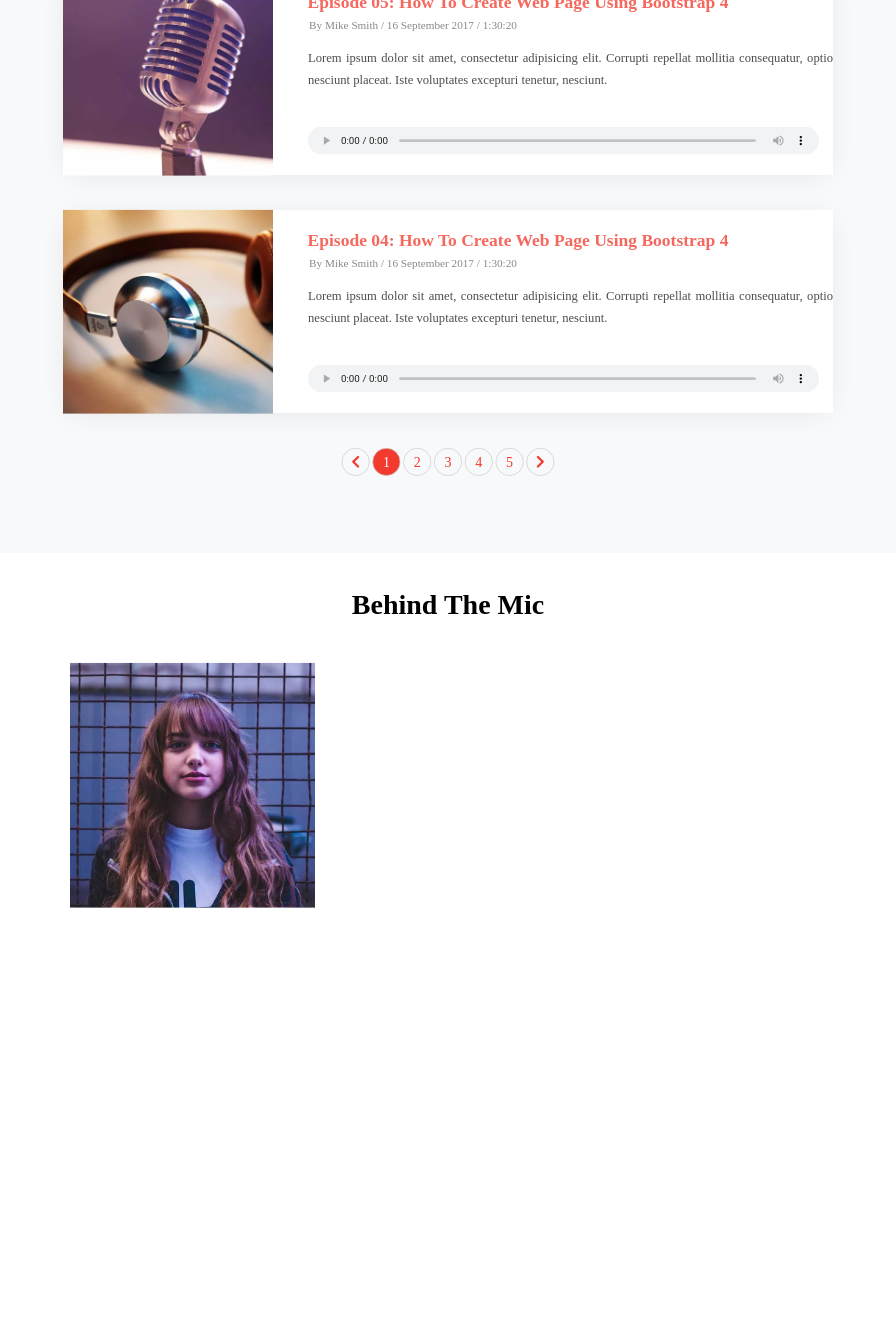
Repository: nhutduy0803/template2
Page: index.html
An editor plug-in stored every save of this project. The page is shown before and after the next save, followed by the edit.
The browser window is 1280 px wide. The pictures show the part of the page from y = 2077 to 3997 px (the page is 3997 px tall), at 70% of full size.

Above is the page before, as saved 2021-12-09 14:32:04.

### index.html
<!DOCTYPE html>
<html lang="en">
  <head>
    <meta charset="UTF-8" />
    <meta http-equiv="X-UA-Compatible" content="IE=edge" />
    <meta name="viewport" content="width=device-width, initial-scale=1.0" />
    <link rel="stylesheet" href="./assets/css/style.css" />
    <link
      rel="stylesheet"
      href="./assets/css/font/fontawesome-free-5.15.4-web/css/all.min.css"
    />
    <title>Document</title>
  </head>
  <body>
    <script src="./main.js"></script>
    <div class="slider">
      <h2>Podca</h2>
      <img
        src="./assets/css/img/xhero_bg_1.jpg.pagespeed.ic.EJCcE-mhd6.webp"
        alt=""
      />
      <h3>Episode 09: How To Create Web Page Using Bootstrap 4</h3>
      <span>By Mike Smith | 16 September 2017 | 1:30:20</span>
      <div class="subslider">READ THE TRANSCRIPT</div>
      <div class="menu" onclick="openmenu()">
        <i class="fas fa-bars"></i>
      </div>
      <div class="sub-menu">
        <i class="fas fa-times" onclick="closemenu()"></i>
        <div class="home-menu">
          <p>Home</p>
          <i onclick="subhome()" class="fas fa-caret-down"></i>

          <div class="sub-home">
            <li>Menu One</li>
            <li>Menu Two</li>
            <li>Menu Three</li>
            <li>Sub Menu</li>
          </div>
          <div class="drop-down">
            <p>DropDown</p>
            <i onclick="subdropdown() " class="fas fa-caret-down"></i>
            <div class="sub-dropdown">
              <li>Menu One</li>
              <li>Menu two</li>
              <li>Menu three</li>
            </div>
          </div>

          <p>About</p>
          <p>Contact</p>
        </div>
      </div>
    </div>
    <div class="audio">
      <audio class="audio-one" controls>
        <source src="" type="audio/ogg" />
        <source src="" type="audio/mpeg" />
      </audio>
    </div>
    <div class="RecentPodcasts">
      <h2>Recent Podcasts</h2>
      <div class="container">
        <div class="img-pod">
          <img src="./assets/css/img/pod1.webp" alt="" />
        </div>
        <div class="content-pod">
          <h3>Episode 08: How To Create Web Page Using Bootstrap 4</h3>
          <span>By Mike Smith / 16 September 2017 / 1:30:20</span>
          <p>
            Lorem ipsum dolor sit amet, consectetur adipisicing elit. Corrupti
            repellat mollitia consequatur, optio nesciunt placeat. Iste
            voluptates excepturi tenetur, nesciunt.
          </p>
          <audio class="audiopod" controls>
            <source src="" type="audio/mpeg" />
          </audio>
        </div>
      </div>
      <div class="container">
        <div class="img-pod">
          <img src="./assets/css/img/pod2.webp" alt="" />
        </div>
        <div class="content-pod">
          <h3>Episode 07: How To Create Web Page Using Bootstrap 4</h3>
          <span>By Mike Smith / 16 September 2017 / 1:30:20</span>
          <p>
            Lorem ipsum dolor sit amet, consectetur adipisicing elit. Corrupti
            repellat mollitia consequatur, optio nesciunt placeat. Iste
            voluptates excepturi tenetur, nesciunt.
          </p>
          <audio class="audiopod" controls>
            <source src="" type="audio/mpeg" />
          </audio>
        </div>
      </div>
      <div class="container">
        <div class="img-pod">
          <img src="./assets/css/img/pod3.webp" alt="" />
        </div>
        <div class="content-pod">
          <h3>Episode 06: How To Create Web Page Using Bootstrap 4</h3>
          <span>By Mike Smith / 16 September 2017 / 1:30:20</span>
          <p>
            Lorem ipsum dolor sit amet, consectetur adipisicing elit. Corrupti
            repellat mollitia consequatur, optio nesciunt placeat. Iste
            voluptates excepturi tenetur, nesciunt.
          </p>
          <audio class="audiopod" controls>
            <source src="" type="audio/mpeg" />
          </audio>
        </div>
      </div>
      <div class="container">
        <div class="img-pod">
          <img src="./assets/css/img/pod4.webp" alt="" />
        </div>
        <div class="content-pod">
          <h3>Episode 05: How To Create Web Page Using Bootstrap 4</h3>
          <span>By Mike Smith / 16 September 2017 / 1:30:20</span>
          <p>
            Lorem ipsum dolor sit amet, consectetur adipisicing elit. Corrupti
            repellat mollitia consequatur, optio nesciunt placeat. Iste
            voluptates excepturi tenetur, nesciunt.
          </p>
          <audio class="audiopod" controls>
            <source src="" type="audio/mpeg" />
          </audio>
        </div>
      </div>
      <div class="container">
        <div class="img-pod">
          <img src="./assets/css/img/pod5.webp" alt="" />
        </div>
        <div class="content-pod">
          <h3>Episode 04: How To Create Web Page Using Bootstrap 4</h3>
          <span>By Mike Smith / 16 September 2017 / 1:30:20</span>
          <p>
            Lorem ipsum dolor sit amet, consectetur adipisicing elit. Corrupti
            repellat mollitia consequatur, optio nesciunt placeat. Iste
            voluptates excepturi tenetur, nesciunt.
          </p>
          <audio class="audiopod" controls>
            <source src="" type="audio/mpeg" />
          </audio>
        </div>
      </div>
    </div>
    <div class="list-pod">
      <li><i class="fas fa-chevron-left"></i></li>
      <li>1</li>
      <li>2</li>
      <li>3</li>
      <li>4</li>
      <li>5</li>
      <li><i class="fas fa-chevron-right"></i></li>
    </div>
    <div class="BehindTheMic">
      <h2>Behind The Mic</h2>
      <div class="container-behind">
        <div class="picture-behind">
          <img src="./assets/css/img/behind1.webp" alt="" />
        </div>
      </div>
      <!-- <div class="container-behind">
        <div class="picture-behind">
          <img src="./assets/css/img/behind1.webp" alt="" />
        </div>
      </div>
      <div class="container-behind">
        <div class="picture-behind">
          <img src="./assets/css/img/behind1.webp" alt="" />
        </div>
      </div>
      <div class="container-behind">
        <div class="picture-behind">
          <img src="./assets/css/img/behind1.webp" alt="" />
        </div>
      </div>
      <div class="container-behind">
        <div class="picture-behind">
          <img src="./assets/css/img/behind1.webp" alt="" />
        </div>
      </div>
      <div class="container-behind">
        <div class="picture-behind">
          <img src="./assets/css/img/behind1.webp" alt="" />
        </div>
      </div> -->
    </div>
  </body>
</html>

### assets/css/style.css
* {
  margin: 0;
  padding: 0;
  box-sizing: border-box;
}

.slider {
  width: 100%;
  height: 100vh;
  position: relative;
}

.slider::before {
  content: " ";
  position: absolute;
  top: 0;
  left: 0;
  right: 0;
  bottom: 0;
  background-color: rgba(0, 0, 0, 0.4);
}

.slider img {
  width: 100%;
  height: 100%;
}

.slider h2 {
  position: absolute;
  top: 50px;
  left: 50px;
  color: #fff;
  font-size: 40px;
}
.menu {
  position: absolute;
  right: 50px;
  top: 50px;
  font-size: 30px;
  color: #fff;
}

.slider h3 {
  text-align: center;
  position: absolute;
  transform: translate(-50%);
  top: 30%;
  left: 50%;
  color: #fff;
  font-size: 40px;
  line-height: 1.6;
  font-size: 50px;
}

.slider span {
  position: absolute;
  top: 58%;
  left: 50%;
  transform: translate(-50%);
  color: #ffffff80;
}

.subslider {
  width: 250px;
  background-color: #f23a2e;
  display: flex;
  justify-content: center;
  align-items: center;
  color: #fff;
  font-size: 15px;
  letter-spacing: 2px;
  height: 60px;
  position: absolute;
  top: 65%;
  left: 50%;
  transform: translate(-50%);
  transition: 0.3s;
  border-radius: 5px;
}

.subslider:hover {
  position: absolute;
  top: 64%;
  box-shadow: 0 5px 20px -7px rgba(0, 0, 0, 0.9);
  transition: 0.3s;
}

.sub-menu {
  width: 300px;
  background-color: #fff;
  position: absolute;
  right: -300px;
  top: 0;
  height: 100vh;
  position: fixed;
  transition: 0.3s;
  box-shadow: 0 0 10px rgba(0, 0, 0, 0.4);
}

.sub-menu.openmenu {
  transition: 0.3s;
  right: 0;
}

.sub-menu .fas {
  position: absolute;
  font-size: 25px;
  right: 15px;
  top: 15px;
  transition: 0.2s;
}

.sub-menu .fas:hover {
  transition: 0.2s;
  color: rgb(104, 103, 103);
}

.home-menu {
  margin-top: 100px;
  font-size: 20px;
  margin-left: 15%;
}

.home-menu p {
  margin-bottom: 30px;
  color: #212529;
  transition: 0.3s;
}

.home-menu p:nth-child(2) {
  width: 100%;
  background-color: #fff;
  height: 200px;
}

.home-menu p:hover {
  transition: 0.3s;
  color: #f00;
}

.fa-caret-down {
  margin-top: 85px;
  margin-right: 20px;
}

.drop-down {
  position: relative;
}

.drop-down .fa-caret-down {
  position: absolute;
  top: -85px;
}
.sub-home {
  margin-top: -20px;
  width: 200px;
  height: 0px;
  background-color: #fff;
  visibility: hidden;
  transition: 0.5s;
  opacity: 0;
  margin-bottom: 20px;
}

.sub-home.opensubhome {
  height: 170px;
  visibility: inherit;
  transition: 0.5s;
  opacity: 1;
}

.sub-home li {
  padding: 10px 0px;
  font-weight: 300;
  margin-left: 30px;
  font-size: 17px;
  list-style-type: none;
  /* transition: 0.3s; */
}

.sub-home li:hover {
  transition: 0.3s;
  color: #f00;
}

.sub-dropdown {
  margin-top: -20px;
  background-color: #fff;
  height: 0px;
  width: 200px;
  visibility: hidden;
  transition: 0.3s;
  opacity: 0;
  margin-bottom: 20px;
}

.sub-dropdown li {
  padding-top: 22.5px;
  margin-left: 30px;
  font-weight: 300;
  font-size: 17px;
  list-style-type: none;
  transition: 0.3s;
}

.sub-dropdown li:hover {
  transition: 0.3s;
  color: #f00;
}

.sub-dropdown.opensubdropdown {
  opacity: 1;
  visibility: inherit;
  transition: 0.3s;
  height: 150px;
}

.audio {
  display: flex;
  justify-content: center;
  align-items: center;
  width: 100%;
  background-color: #f8f9fa;
  height: 200px;
}

.audio-one {
  width: 750px;
  height: 40px;
}

.RecentPodcasts {
  background: #f8f9fa;
  height: auto;
  width: 100%;
  text-align: center;
}

.RecentPodcasts h2 {
  font-size: 40px;
  margin-bottom: 50px;
}

.container {
  width: 1100px;
  height: 290px;
  position: relative;
  margin: auto;
  box-shadow: 0 5px 40px -10px rgb(0 0 0 / 10%);
  margin-top: 50px;
}

.img-pod {
  position: absolute;
  top: 0;
  left: 0;
  height: 290px;
  width: 300px;
}

.img-pod img {
  width: 100%;
  height: 100%j;
}

.content-pod {
  padding-top: 30px;
  background: #fff;
  height: 100%;
}

.content-pod h3 {
  font-size: 25px;
  margin-left: 200px;
  color: #f23b2ec4;
  margin-bottom: 10px;
}

.content-pod span {
  margin-left: -100px;
  color: #888;
}

.content-pod p {
  line-height: 1.8;
  margin-top: 20px;
  text-align: justify;
  margin-left: 350px;
  font-size: 18px;
  color: #4d4d4d;
  font-weight: 300;
}

.audiopod {
  margin-top: 50px;
  width: 730px;
  height: 40px;
  margin-left: 330px;
}

.list-pod {
  background: #f8f9fa;
  height: 200px;
  width: 100%;
  text-align: center;
}

.list-pod li {
  padding-top: 7.5px;
  margin-top: 50px;
  list-style-type: none;
  border-radius: 50%;
  height: 40px;
  width: 40px;
  border: 1px solid #ccc;
  display: inline-block;
  color: #f23a2e;
  font-size: 20px;
}

.list-pod li:nth-child(2) {
  font-size: 20px;
  color: #fff;
  background: #f23a2e;
}

.BehindTheMic {
  width: 100%;
  height: 150vh;
  background: #fff;
  text-align: center;
}

.BehindTheMic h2 {
  margin-top: 50px;
  font-size: 40px;
  margin-bottom: 50px;
}

.container-behind {
  margin: auto;
  width: 1100px;
}

.picture-behind {
  margin-left: 10px;
  float: left;
  width: 350px;
  height: 350px;
  overflow: hidden;
  margin-top: 10px;
  position: relative;
}

.picture-behind img {
  width: 100%;
  height: 100%;
  transition: 0.3s;
  position: relative;
}

### main.js
function openmenu() {
  var openmenu = document.querySelector(".sub-menu");
  openmenu.classList.add("openmenu");
}

function closemenu() {
  var openmenu = document.querySelector(".sub-menu");
  openmenu.classList.remove("openmenu");
}

function subhome() {
  var opensubhome = document.querySelector(".sub-home");
  opensubhome.classList.toggle("opensubhome");
}

function subdropdown() {
  var subdropdown = document.querySelector(".sub-dropdown");
  subdropdown.classList.toggle("opensubdropdown");
}

Loaded but not shown: assets/css/font/fontawesome-free-5.15.4-web/css/all.min.css (library)

After the next save:
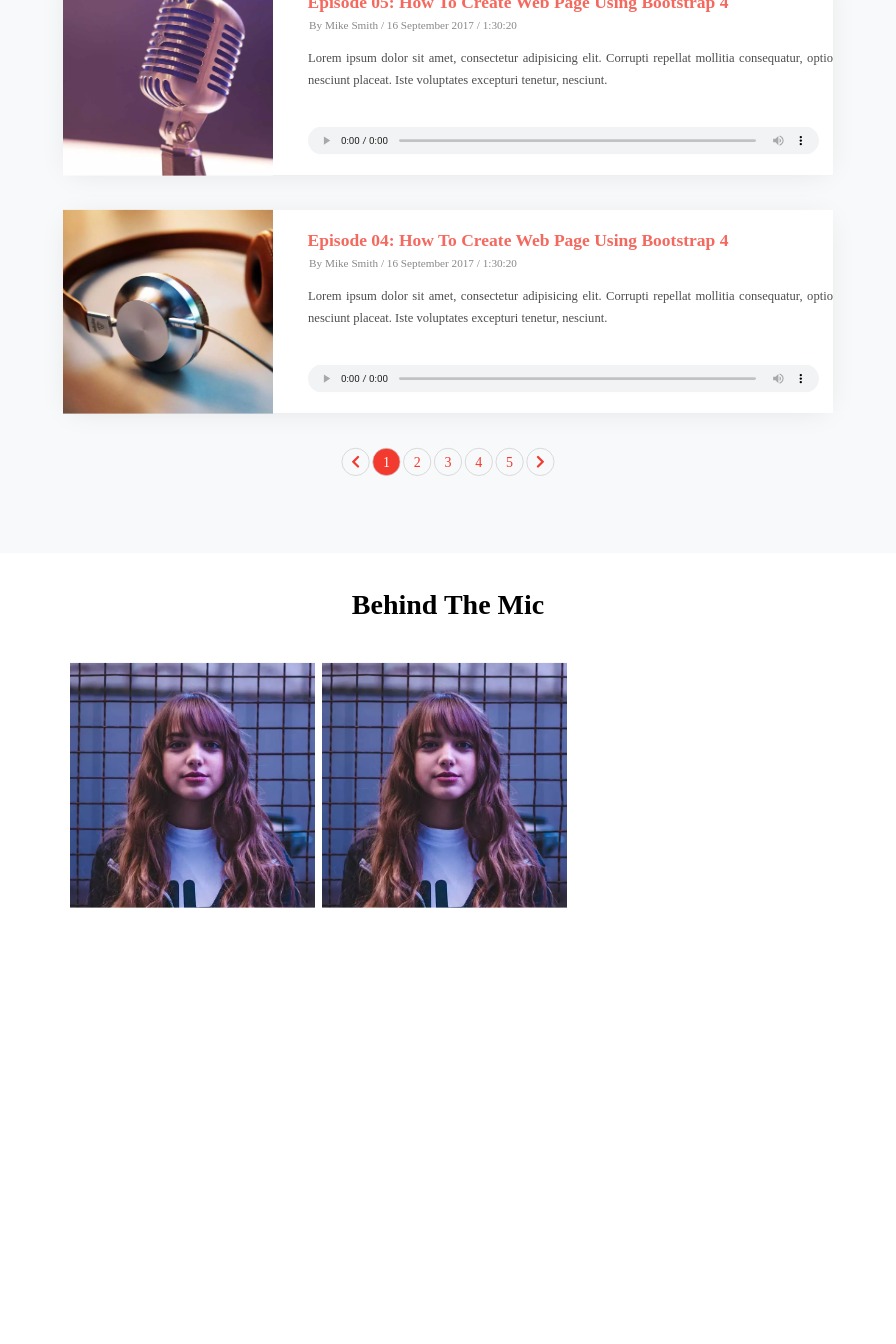
Saved 6 s later.
--- a/index.html
+++ b/index.html
@@ -161,6 +161,9 @@
         <div class="picture-behind">
           <img src="./assets/css/img/behind1.webp" alt="" />
         </div>
+        <div class="picture-behind">
+          <img src="./assets/css/img/behind1.webp" alt="" />
+        </div>
       </div>
       <!-- <div class="container-behind">
         <div class="picture-behind">
